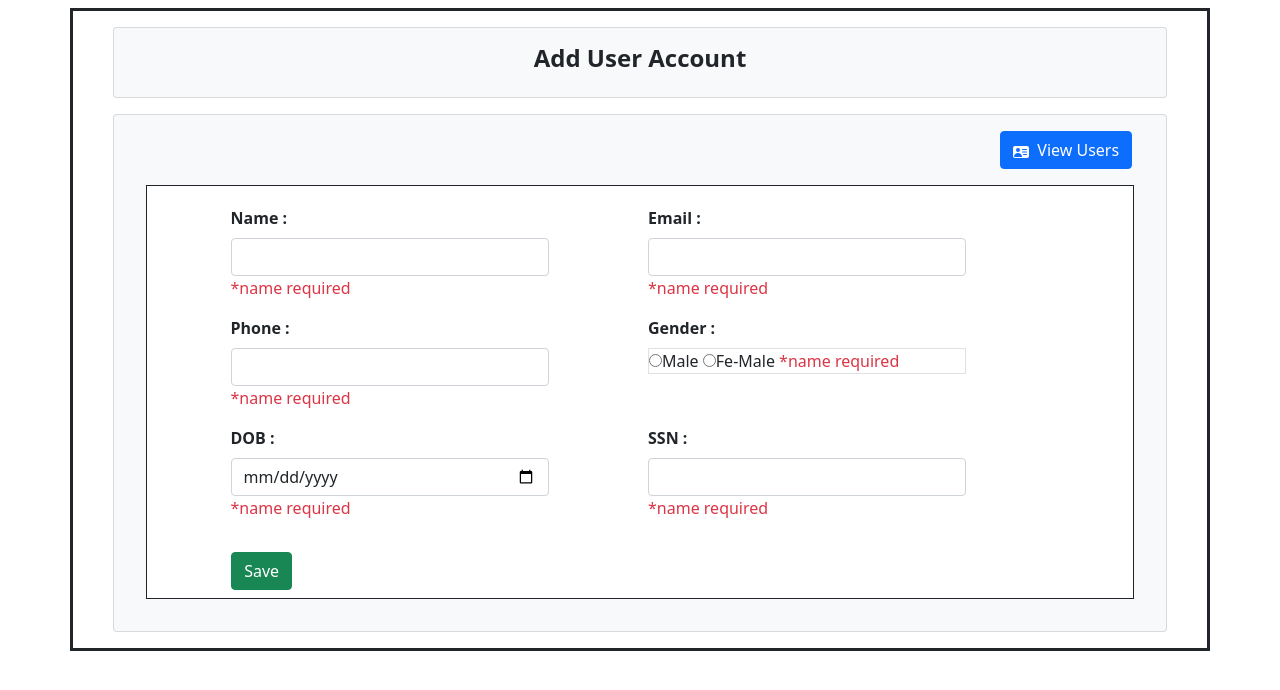
Repository: Umapathy-G/MiniProjects
Page: http://localhost/useraccount
An editor plug-in stored every save of this project. The page is shown before and after the next save, followed by the edit.
The browser window is 1280 px wide. The pictures show the whole page.
The page is this project's Thymeleaf template; nobody is signed in. The template is opened directly, without the code that normally fills it, so the values that code supplies are empty.

Above is the page before, as saved 2023-09-09 04:30:11.

After the next save:
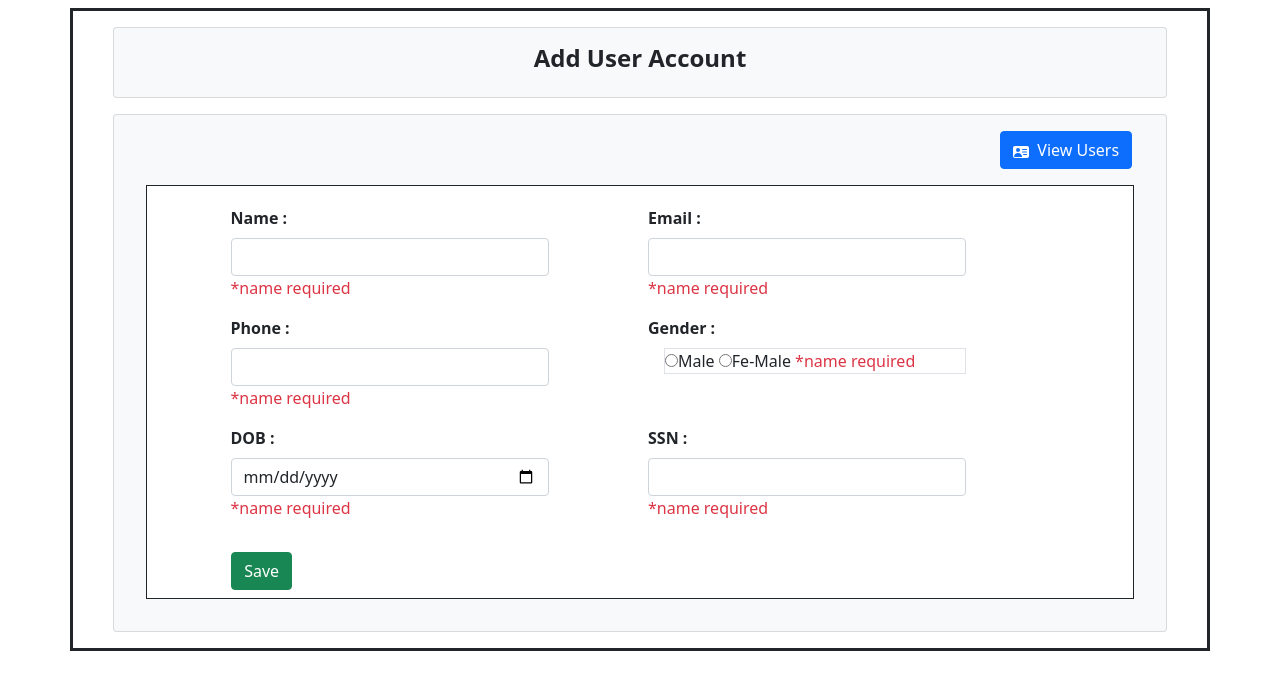
Saved 26 s later.
--- a/01-MiniProject-UserManagement/src/main/resources/templates/useraccount.html
+++ b/01-MiniProject-UserManagement/src/main/resources/templates/useraccount.html
@@ -48,7 +48,7 @@
 							</div>
 							<div class="col-4 offset-1">
 								<label class="form-label"><b>Gender :</b></label>
-								<div class="col-12 border">
+								<div class="ms-3 border">
 									<input type="radio" th:field="*{gender}" value="M">Male
 									<input type="radio" th:field="*{gender}" value="F">Fe-Male
 									<span class="text-danger">*name required</span>
